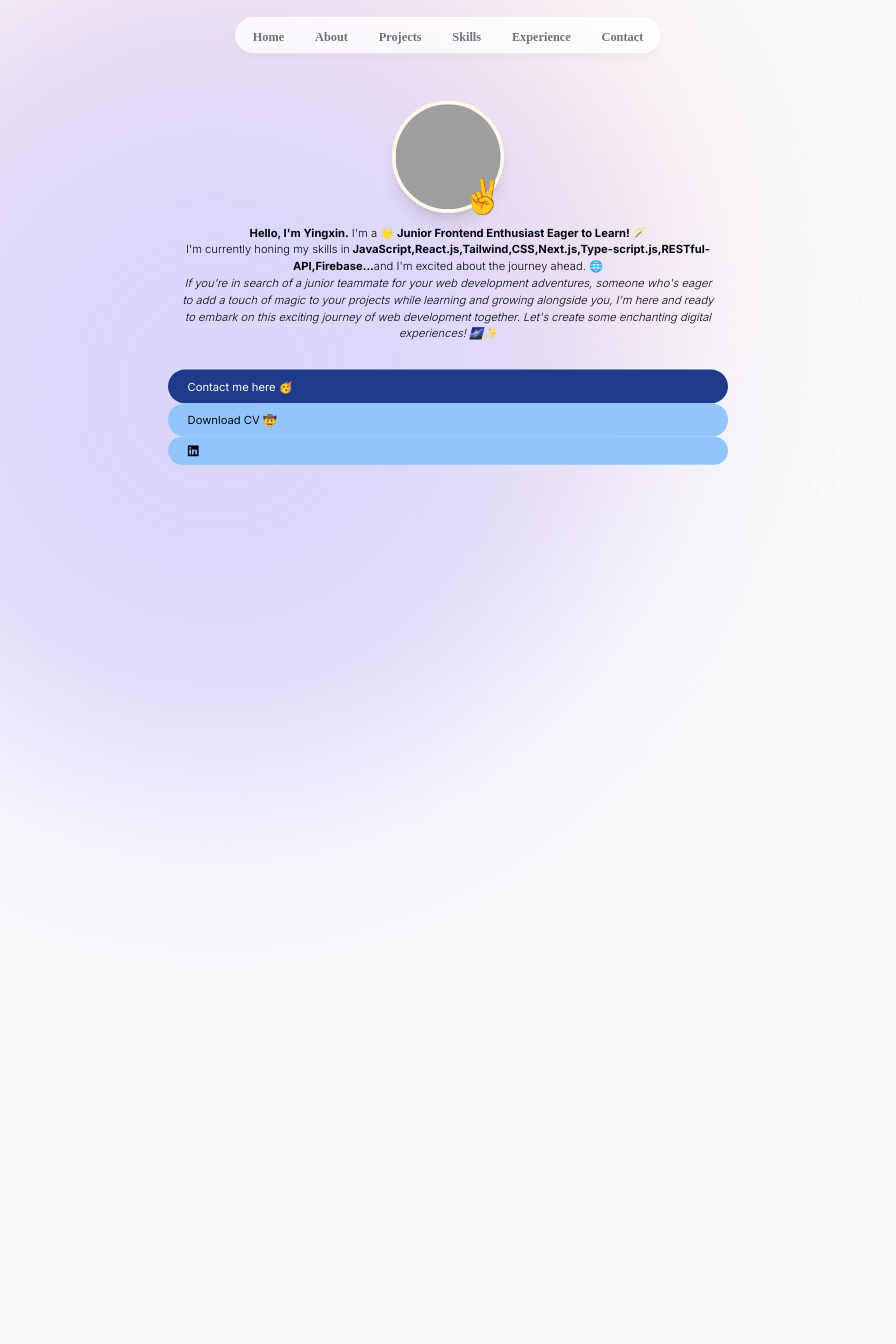
Repository: Tracy-maker/portfolio_website
Page: /
The author's editor kept a copy of each file at every save. The page is drawn from the files as they stood at one save, then again after the next save.
The browser window is 1280 px wide. The pictures show the part of the page from y = 0 to 1920 px (the page is 5000 px tall), at 70% of full size.
Pictures or frames that could not be fetched are drawn as grey boxes. The project was rebuilt for these pictures with package versions that can differ from the ones it lists, and the page was loaded fresh each time. The framework's server and built-in components were replaced by stand-ins that run in the browser. Also part of the build but not shown: next.config.js.

Above is the page before, as saved 2023-10-06 11:26:58.

After the next save:
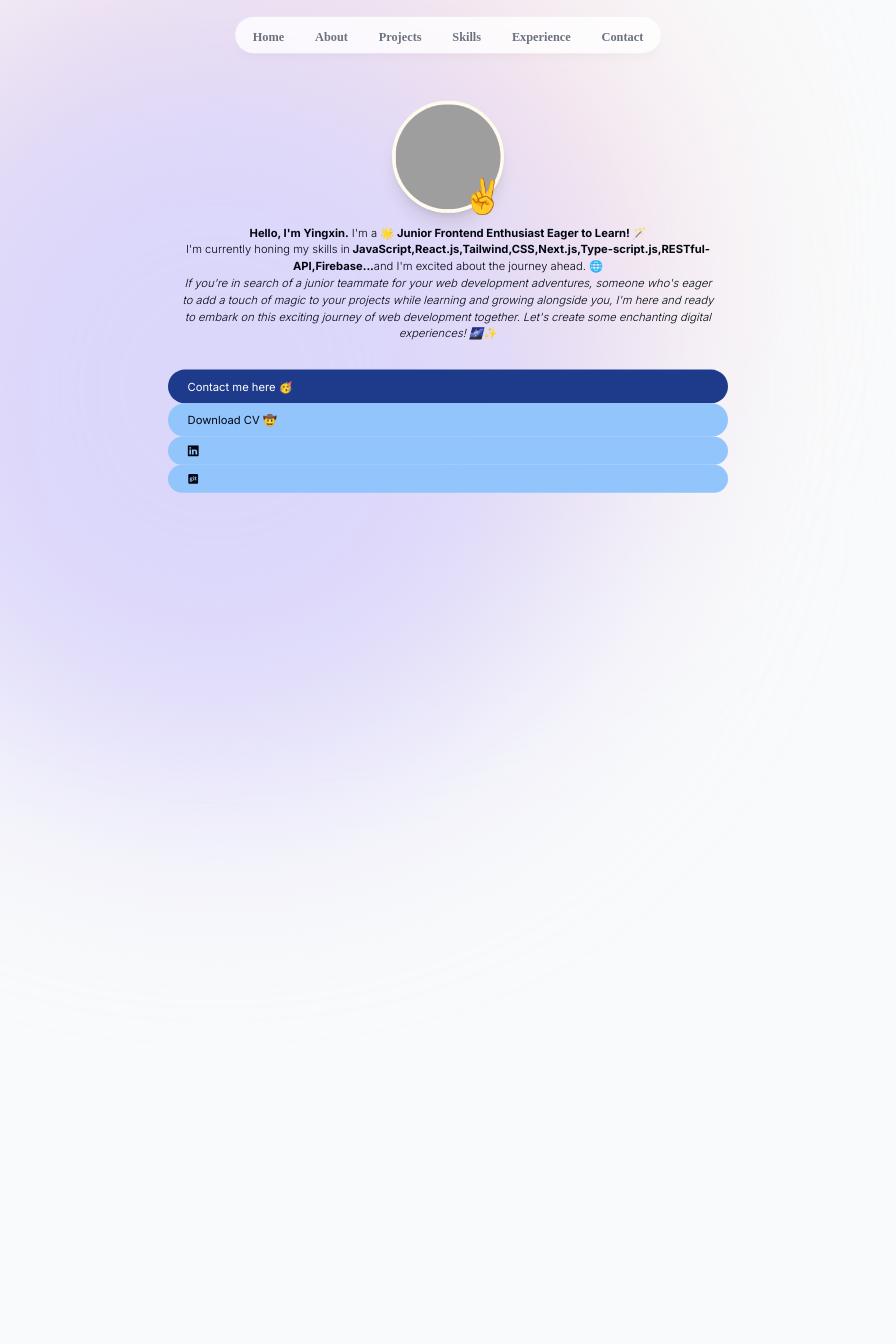
Saved 48 s later.
--- a/components/intro.tsx
+++ b/components/intro.tsx
@@ -5,6 +5,7 @@ import React from "react";
 import { motion } from "framer-motion";
 import Link from "next/link";
 import { BsLinkedin } from "react-icons/bs";
+import { FaGitSquare } from "react-icons/fa";
 
 export default function Intro() {
   return (
@@ -84,6 +85,9 @@ export default function Intro() {
         <a className="bg-blue-300 px-7 py-3 flex items-center gap-2 rounded-full">
           <BsLinkedin />
         </a>
+        <a className="bg-blue-300 px-7 py-3 flex items-center gap-2 rounded-full">
+          <FaGitSquare />
+        </a>
       </div>
     </section>
   );
